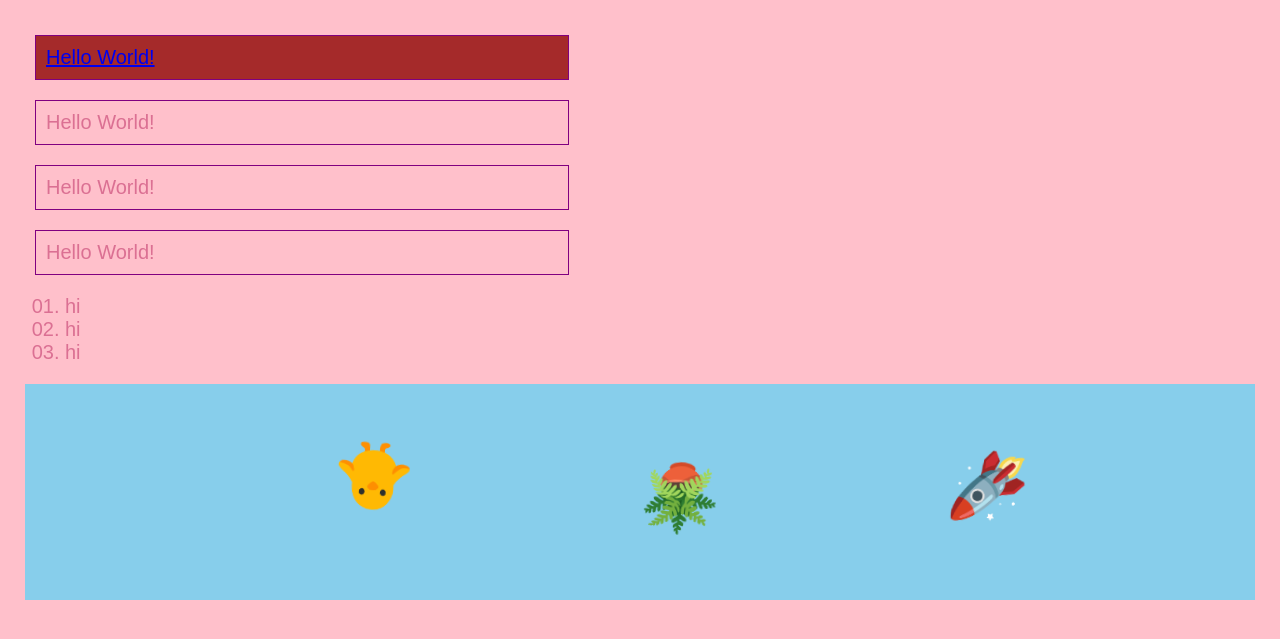
Repository: j1s00jang/MDIA-2109
Page: index2.html
These files come from the project's save history. The page is drawn as it stood at one moment and after the next save; the edit follows.
The browser window is 1280 px wide. The pictures show the whole page.

Above is the page before, as saved 2025-02-24 10:26:02.

After the next save:
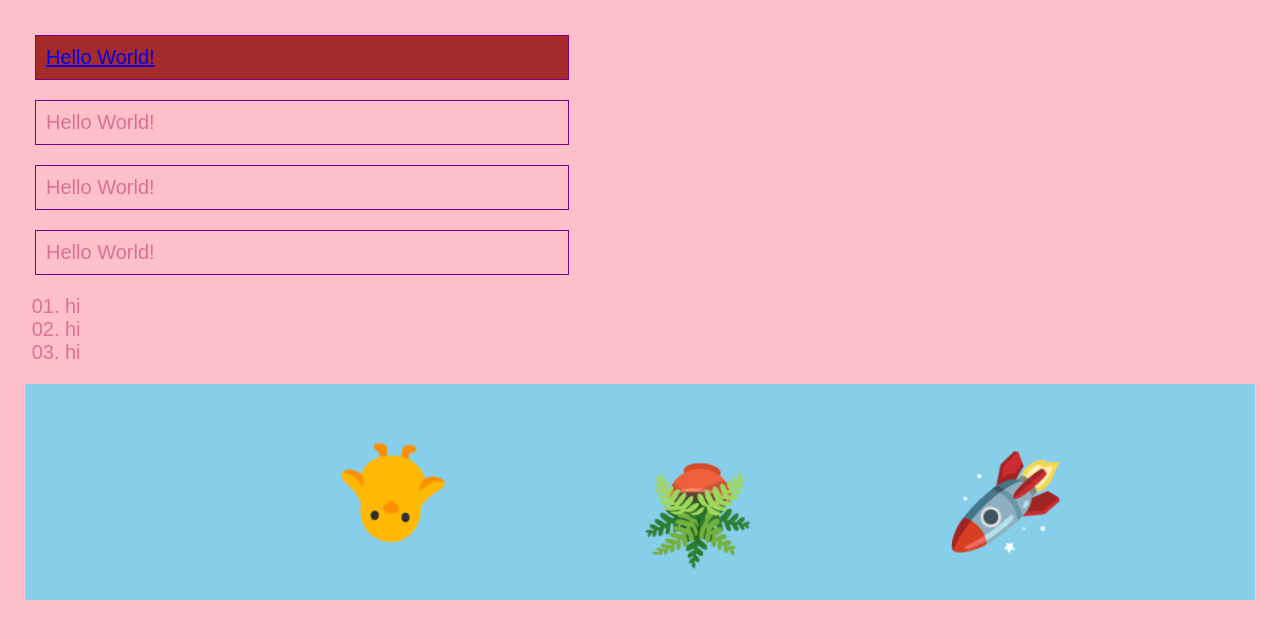
Saved 81 s later.
--- a/css/style.css
+++ b/css/style.css
@@ -124,6 +124,9 @@ ul {
     0% {
         transform: rotate(0);
     }
+    50% {
+        font-size: 100px;
+    }
     100% {
         transform: rotate(360deg);
     }
